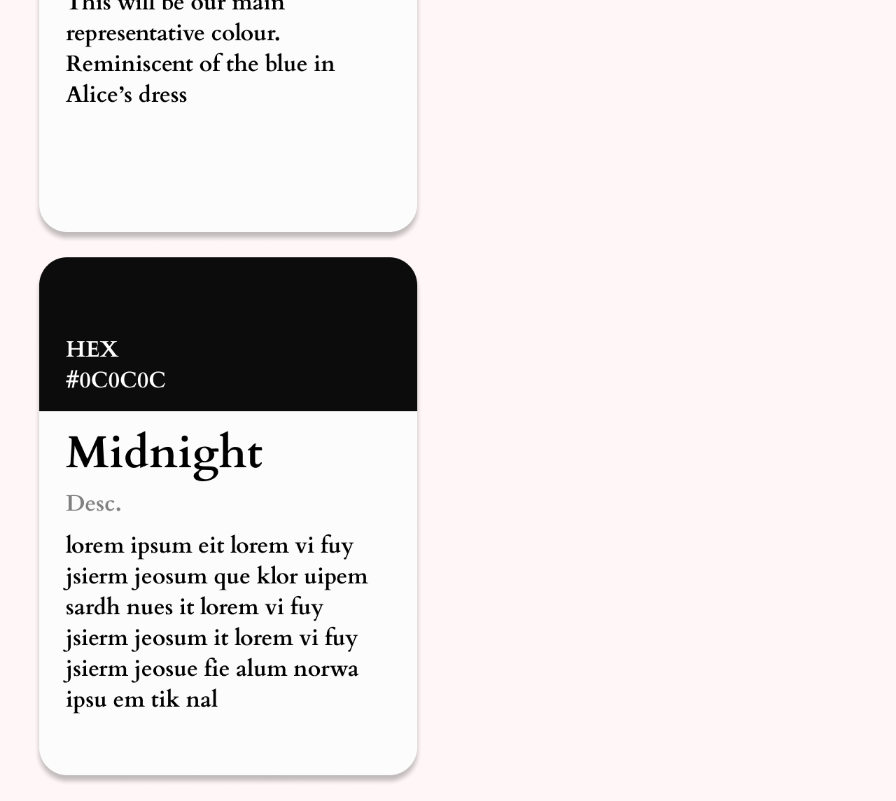
Repository: MeowCeline00/styleguide_wonder
Page: index.html
An editor plug-in stored every save of this project. The page is shown before and after a run of saves, followed by the edit.
The browser window is 1280 px wide. The pictures show the part of the page from y = 3108 to 5028 px (the page is 4252 px tall before and 5028 px after), at 70% of full size.

Above is the page before, as saved 2024-04-09 17:50:40.

After the next 3 saves:
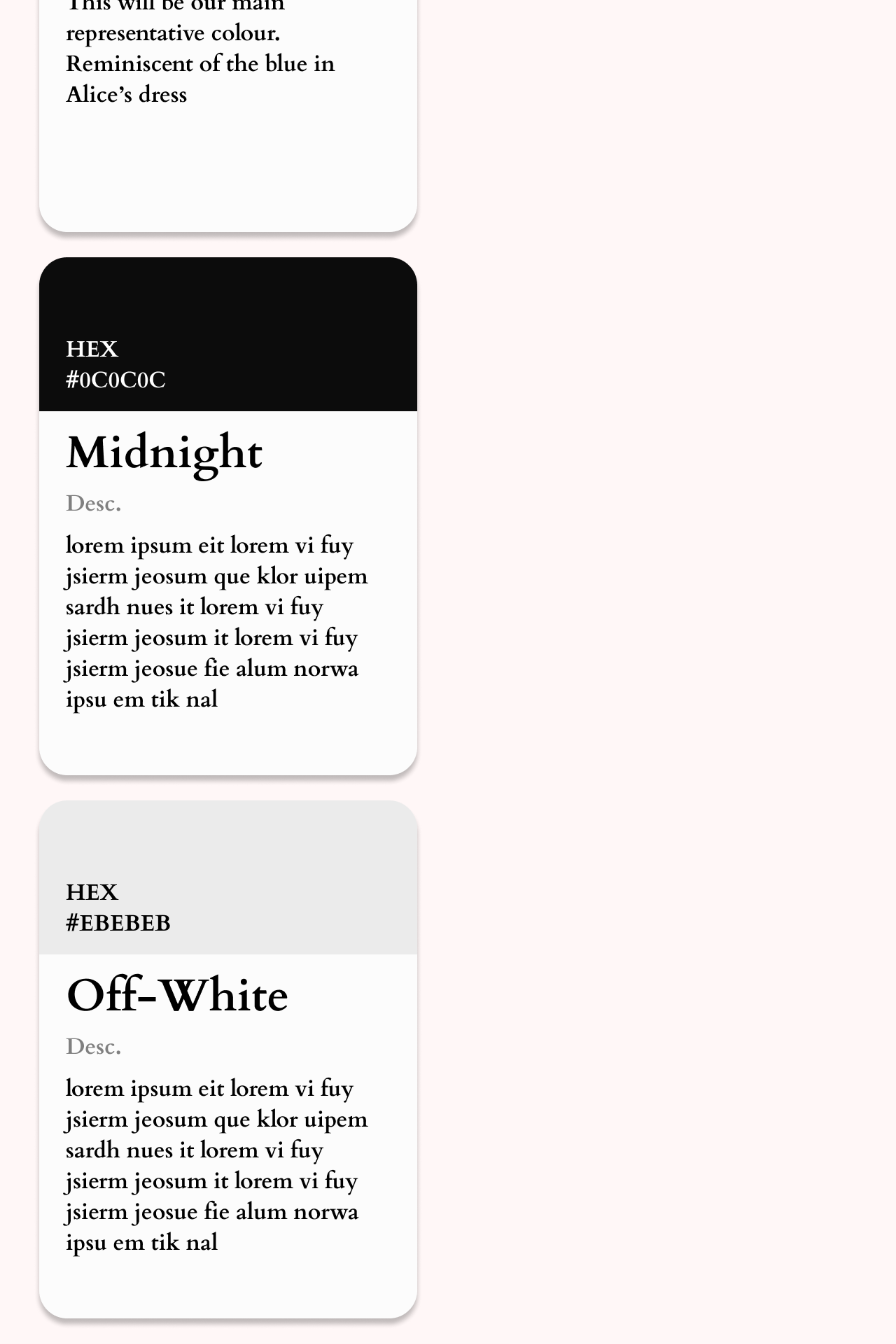
The 3 saves are shown as one change because they came seconds apart.
The last was saved 13 s later.
--- a/index.html
+++ b/index.html
@@ -75,6 +75,9 @@
                 <figure class="color_guide_item color_guide_item--3">
                     <img src="./images/midnight.png" alt="midnight" class="color_guide_img">
                 </figure>
+                <figure class="color_guide_item color_guide_item--4">
+                    <img src="./images/off_white.png" alt="off_white" class="color_guide_img">
+                </figure>
             </div>
         </div>
         </section>
